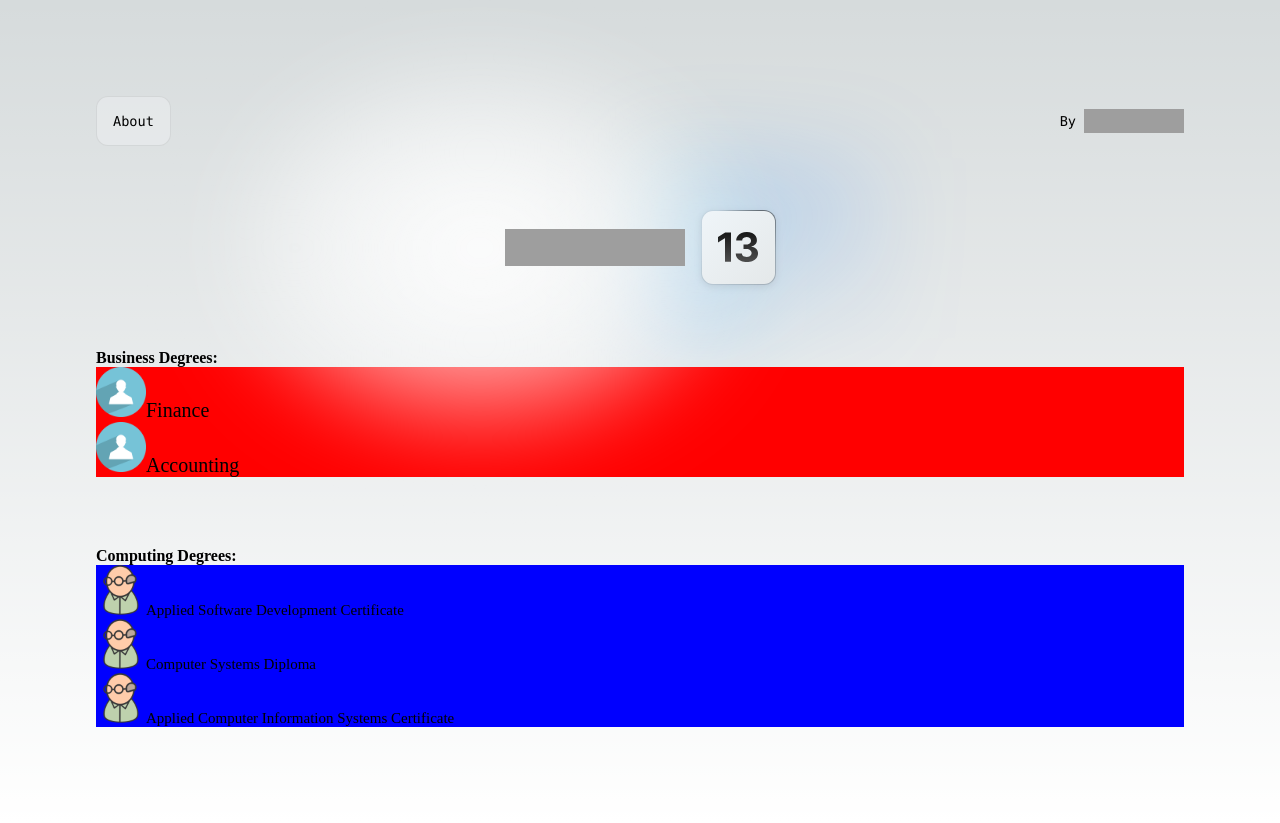
Repository: anikagrewal/week3example
Page: /
These files come from the project's save history. The page is drawn as it stood at one moment and after the next save; the edit follows.
The browser window is 1280 px wide. The pictures show the whole page.
Pictures or frames that could not be fetched are drawn as grey boxes. The project was rebuilt for these pictures with package versions that can differ from the ones it lists, and the page was loaded fresh each time. The framework's server and built-in components were replaced by stand-ins that run in the browser. Also part of the build but not shown: next.config.js.

Above is the page before, as saved 2023-01-18 12:51:07.

After the next save:
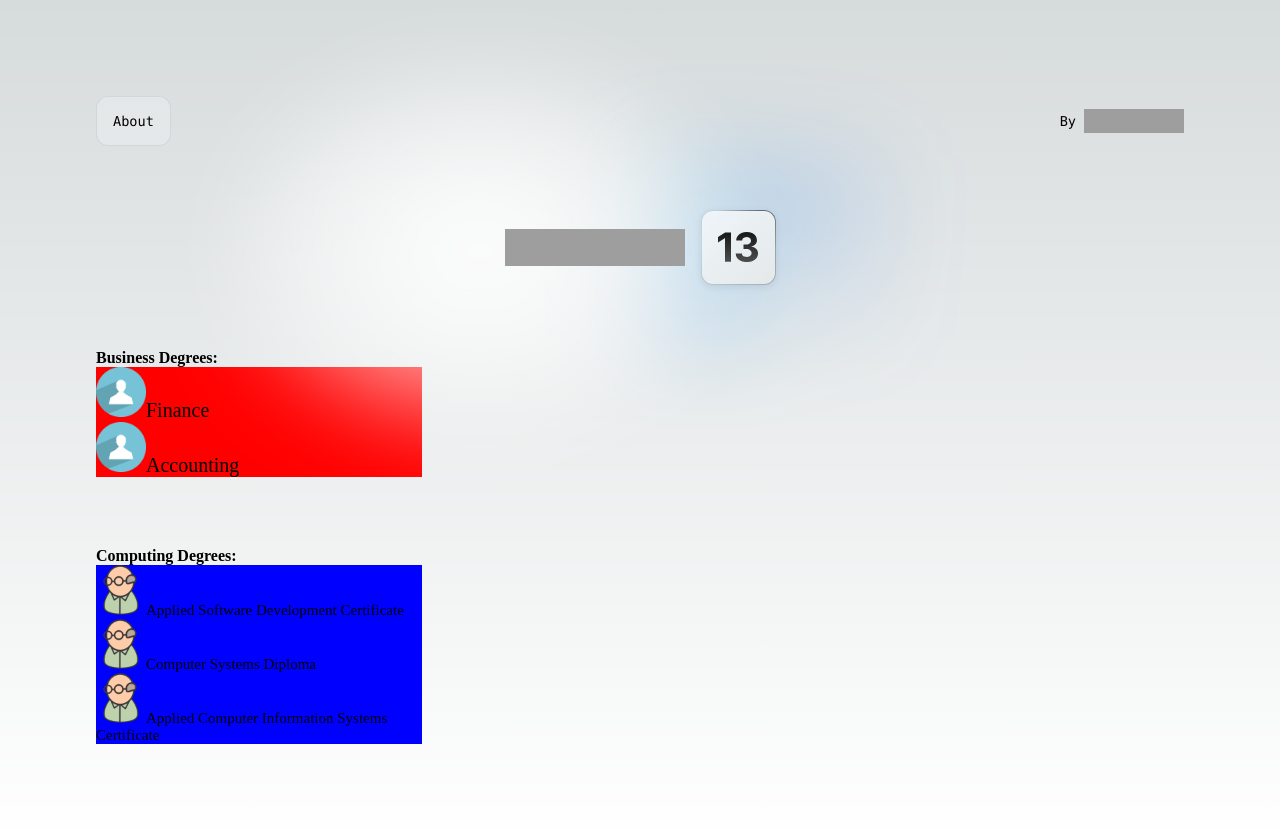
Saved 16 s later.
--- a/styles/Home.module.css
+++ b/styles/Home.module.css
@@ -41,7 +41,7 @@
 
 .grid {
   display: grid;
-
+  grid-template-columns: repeat(4, minmax(30%, auto));
   width: var(--max-width);
   max-width: 100%;
 }
